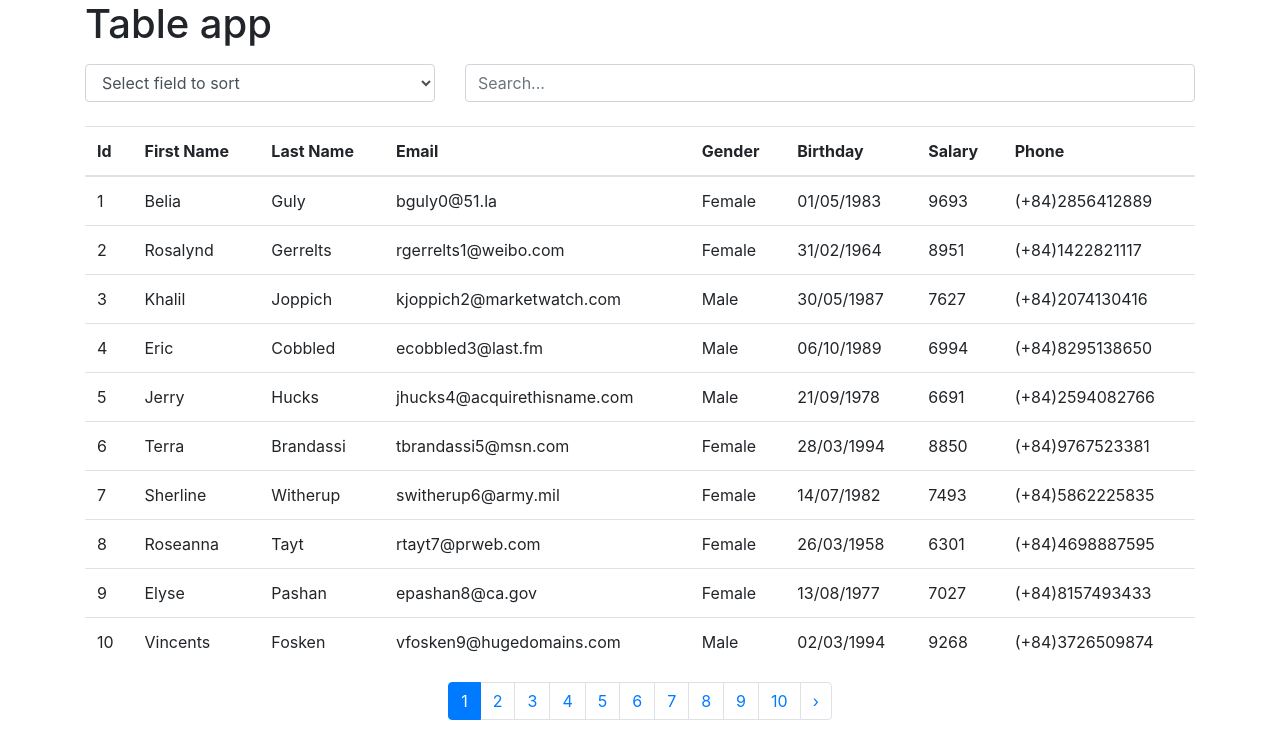
Repository: nguy3nds/table-app
Page: /
An editor plug-in stored every save of this project. The page is shown before and after the next save, followed by the edit.
The browser window is 1280 px wide. The pictures show the whole page.
The project was rebuilt for these pictures with package versions that can differ from the ones it lists, and the page was loaded fresh each time.

Above is the page before, as saved 2021-09-21 14:56:56.

After the next save:
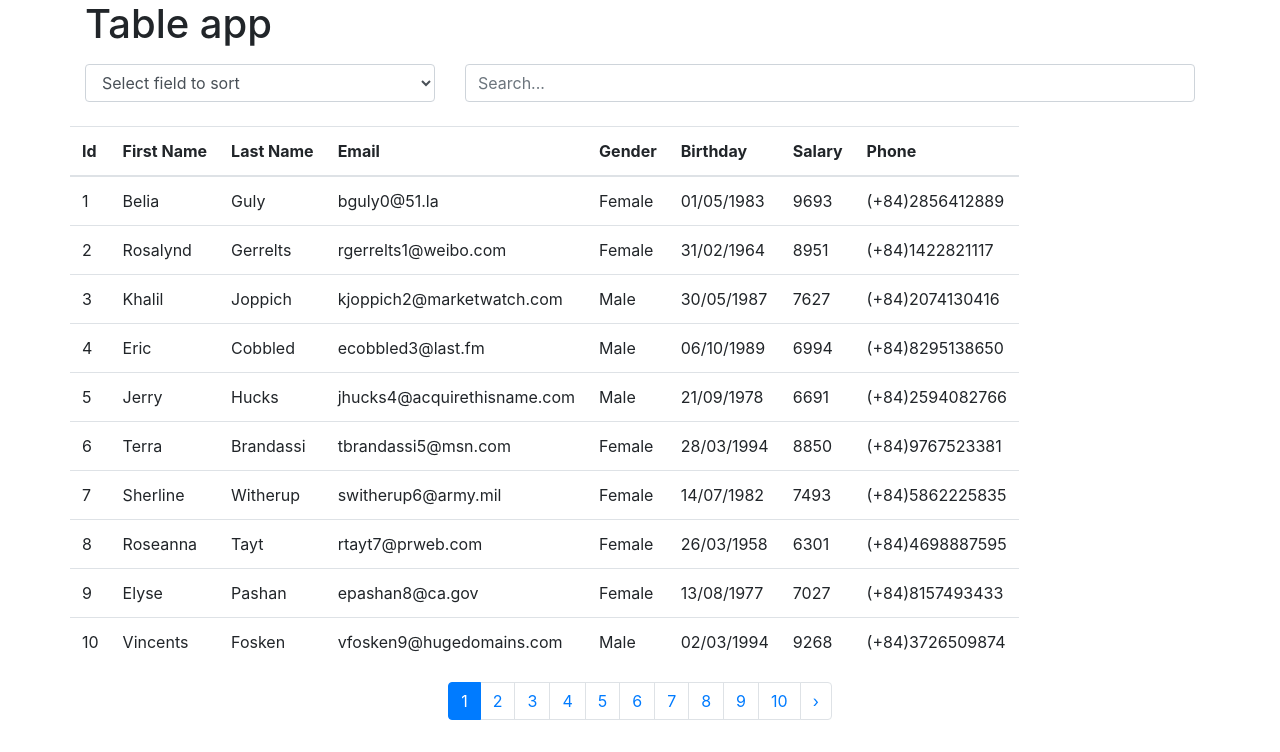
Saved 61 s later.
--- a/src/App.tsx
+++ b/src/App.tsx
@@ -90,7 +90,9 @@
             </Col>
           </Row>
 
-          <UserInOnePage users={users} />
+          <Row>
+            <UserInOnePage users={users} />
+          </Row>
 
           {data.length !== 0 && (
             <Row className="justify-content-center">

After the save that followed:
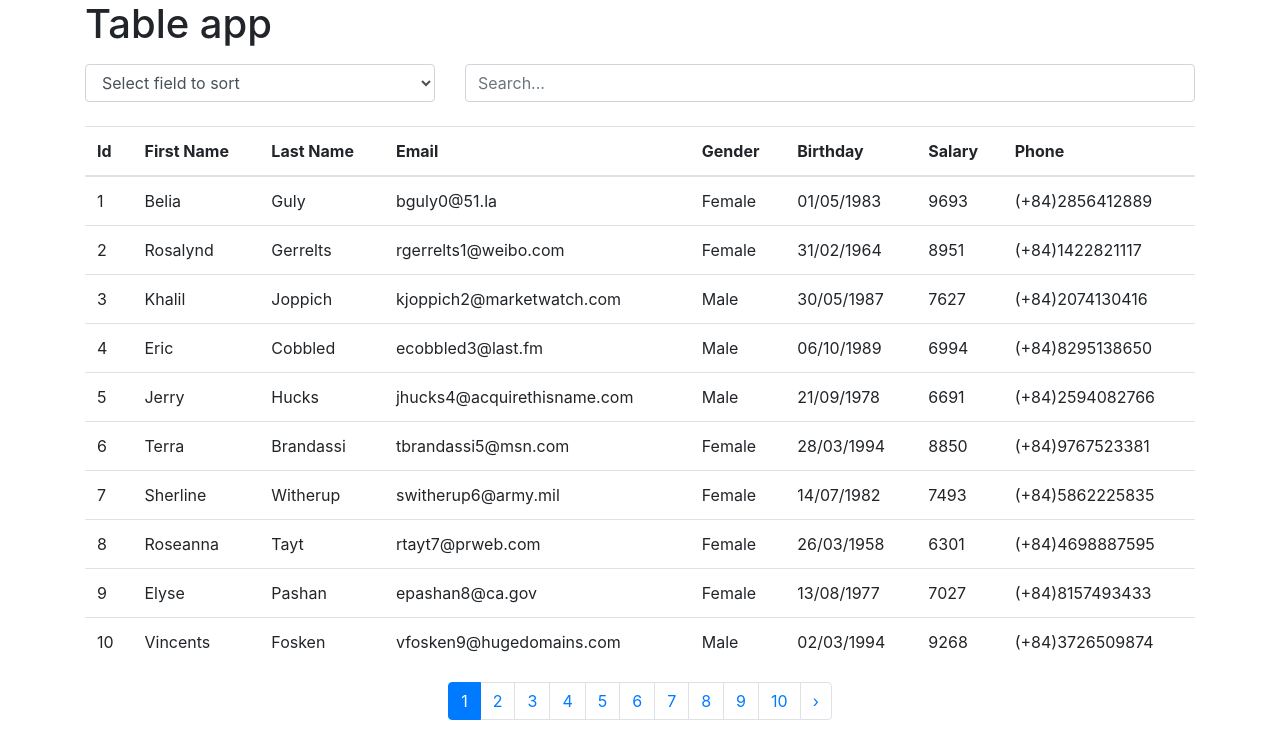
Saved 7 s later.
--- a/src/App.tsx
+++ b/src/App.tsx
@@ -90,9 +90,7 @@
             </Col>
           </Row>
 
-          <Row>
-            <UserInOnePage users={users} />
-          </Row>
+          <UserInOnePage users={users} />
 
           {data.length !== 0 && (
             <Row className="justify-content-center">
